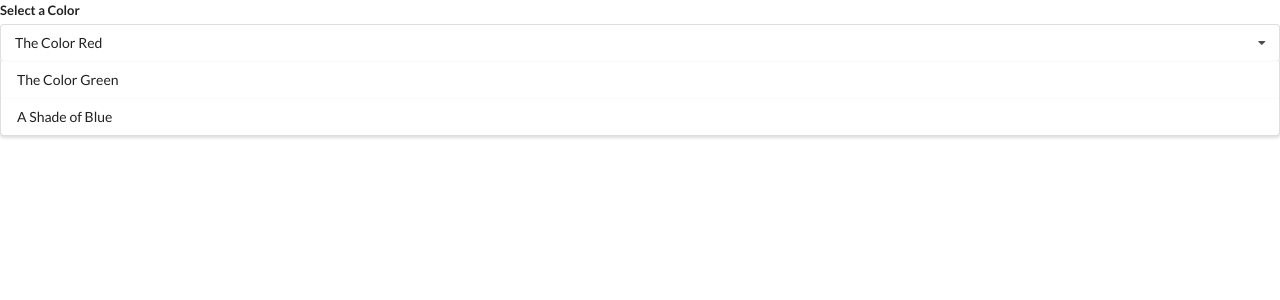
Repository: EgorSherstnev/widgets
Page: /
The author's editor kept a copy of each file at every save. The page is drawn from the files as they stood at one save, then again after the next save.
The browser window is 1280 px wide. The pictures show the whole page.
Some web libraries are served in a nearby version. The project was rebuilt for these pictures with package versions that can differ from the ones it lists, and the page was loaded fresh each time. Also part of the build but not shown: src/components/Accordion.js, src/components/Search.js.

Above is the page before, as saved 2022-11-02 20:08:56.

After the next save:
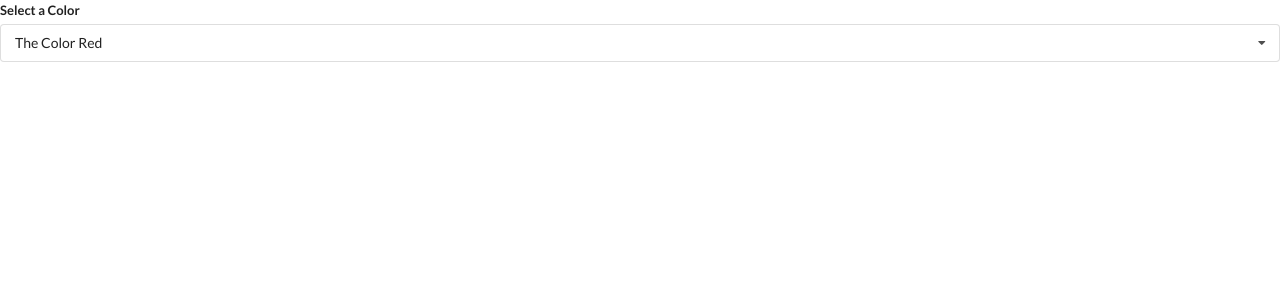
Saved 8 min 39 s later.
--- a/src/components/Dropdown.js
+++ b/src/components/Dropdown.js
@@ -29,7 +29,7 @@
                 >
                     <i className="dropdown icon"></i>
                     <div className="text">{selected.label}</div>
-                    <div className="menu visible transition">
+                    <div className={`menu ${open ? 'visible transition' : ''}`}>
                         {renderedOptions}
                     </div>
                 </div>
